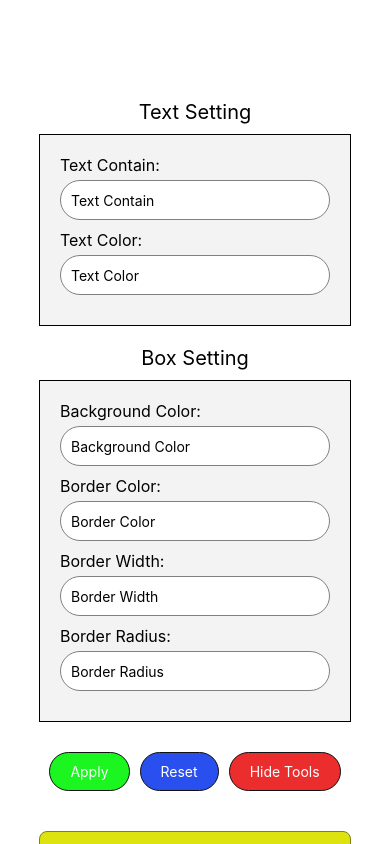
Repository: amirjavadikia/mobile-projectg
Screen: /
The author's editor kept a copy of each file at every save. The screen is drawn from the files as they stood at one save, then again after the next save.
An inner scrolling area shows only its first screen. The app was drawn by React Native's web renderer in a window 390 px wide. The project was rebuilt for these pictures with package versions that can differ from the ones it lists, and the page was loaded fresh each time.

Above is the screen before, as saved 2024-05-15 13:31:03.

After the next save:
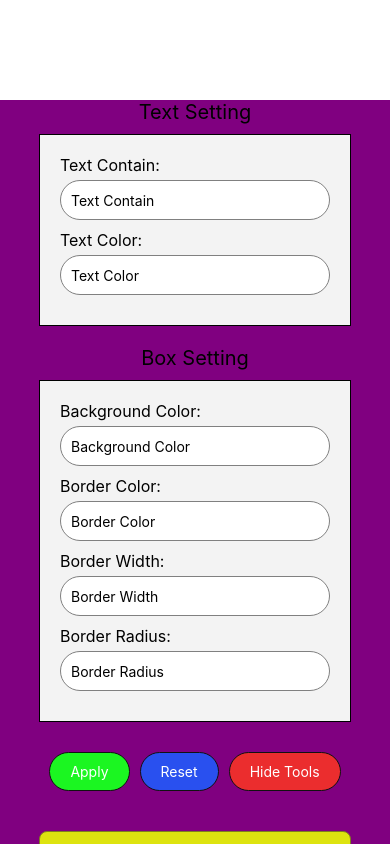
Saved 2 min 51 s later.
--- a/App.tsx
+++ b/App.tsx
@@ -255,7 +255,7 @@ const styles = StyleSheet.create({
     alignItems: 'center',
     justifyContent: 'center',
     marginTop: 100,
-    backgroundColor: '#fff',
+    backgroundColor: 'purple',
   },
   section: {
     width: '80%',
